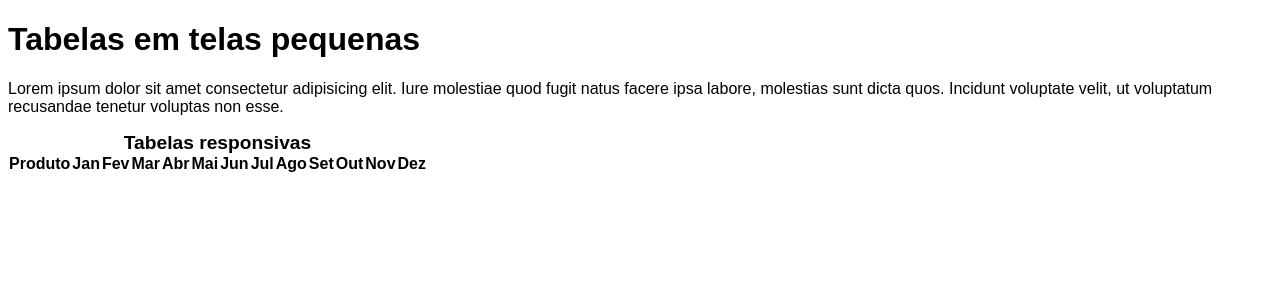
Repository: railsondev/html-css
Page: Módulo3/Exercicios/Ex02 - Tabelas/tabela005.html
The author's editor kept a copy of each file at every save. The page is drawn from the files as they stood at one save, then again after a run of saves.
The browser window is 1280 px wide. The pictures show the whole page.

Above is the page before, as saved 2024-10-22 15:07:38.

After the next 3 saves:
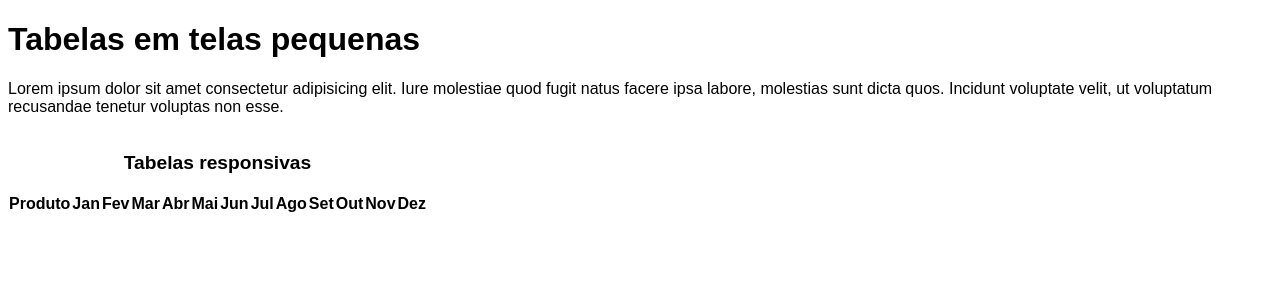
The 3 saves are shown as one change because they came seconds apart.
The last was saved 11 s later.
--- a/Módulo3/Exercicios/Ex02 - Tabelas/src/css/estilo05.css
+++ b/Módulo3/Exercicios/Ex02 - Tabelas/src/css/estilo05.css
@@ -11,5 +11,7 @@ table {
 caption {
   font-size: 1.2em;
   font-weight: bolder;
+  padding: 20px;
+}
 
-}
+th,
